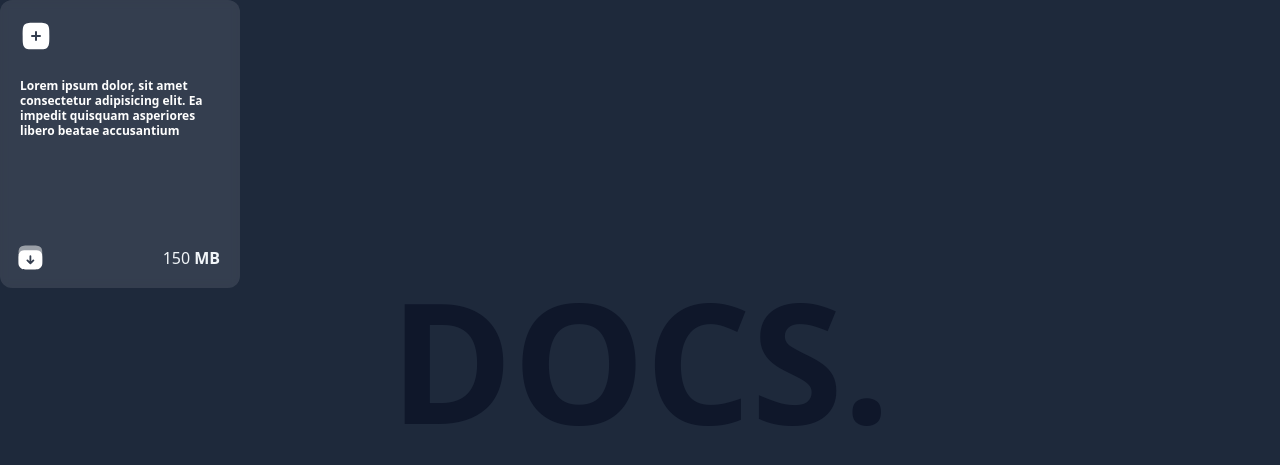
Repository: aliakbarmotallebi/framer-react
Page: /
These files come from the project's save history. The page is drawn as it stood at one moment and after the next save; the edit follows.
The browser window is 1280 px wide. The pictures show the whole page.
The project was rebuilt for these pictures with package versions that can differ from the ones it lists, and the page was loaded fresh each time.

Above is the page before, as saved 2024-08-14 22:48:01.

### src/App.js
import React from "react";
import Background from "./components/Background";
import Card from "./components/Card";

function App() {
  return (
    <div className="relative h-screen w-full bg-slate-800">
      <Background />
      <div className="fixed left-0 top-0 z-[3] h-full w-full">
        <Card />
      </div>
    </div>
  );
}

export default App;

### src/components/Background.jsx
import React from "react";

function Background() {
    return <h1 className="absolute left-1/2 top-1/2 -translate-x-[50%] -translate-y-[50%] text-[13vw] font-semibold text-slate-900">
    DOCS.
  </h1>
}

export default Background;

### src/components/Card.jsx
import React, { Component } from 'react';
import { motion } from "framer-motion";

class Card extends Component {
    render() {
        return (
            <motion.div drag className="w-60 h-72 rounded-xl bg-white/10 backdrop-blur-sm p-5 text-white relative overflow-hidden">
                <button>
                <svg xmlns="http://www.w3.org/2000/svg" className="w-8 h-8" viewBox="0 0 24 24"><path fill="currentColor" fill-rule="evenodd" d="M12 22c-4.714 0-7.071 0-8.536-1.465C2 19.072 2 16.714 2 12s0-7.071 1.464-8.536C4.93 2 7.286 2 12 2s7.071 0 8.535 1.464C22 4.93 22 7.286 22 12s0 7.071-1.465 8.535C19.072 22 16.714 22 12 22m0-13.75a.75.75 0 0 1 .75.75v2.25H15a.75.75 0 0 1 0 1.5h-2.25V15a.75.75 0 0 1-1.5 0v-2.25H9a.75.75 0 0 1 0-1.5h2.25V9a.75.75 0 0 1 .75-.75" clip-rule="evenodd"/></svg>
                </button>
                <p className="text-xs leading-tight mt-5 font-semibold">
                    Lorem ipsum dolor, sit amet consectetur adipisicing elit. Ea impedit quisquam asperiores libero beatae accusantium
                </p>
                <div className="footer absolute bottom-0 w-full py-2 left-0">
                    <button className="text-white p-2 font-medium w-full">
                        <div className="flex justify-between items-center w-full px-2">
                        <svg xmlns="http://www.w3.org/2000/svg" width="1.8em" height="1.8em" className="fill-current" viewBox="0 0 24 24"><path fill="currentColor" d="M12 2c4.713 0 7.07 0 8.535 1.464c.757.758 1.123 1.754 1.3 3.192V10H2.164V6.656c.176-1.438.541-2.434 1.299-3.192C4.928 2 7.285 2 11.999 2" opacity="0.5"/><path fill="currentColor" fill-rule="evenodd" d="M2 14c0-2.8 0-4.2.545-5.27A5 5 0 0 1 4.73 6.545C5.8 6 7.2 6 10 6h4c2.8 0 4.2 0 5.27.545a5 5 0 0 1 2.185 2.185C22 9.8 22 11.2 22 14s0 4.2-.545 5.27a5 5 0 0 1-2.185 2.185C18.2 22 16.8 22 14 22h-4c-2.8 0-4.2 0-5.27-.545a5 5 0 0 1-2.185-2.185C2 18.2 2 16.8 2 14m10.75-3a.75.75 0 0 0-1.5 0v4.19l-1.22-1.22a.75.75 0 1 0-1.06 1.06l2.5 2.5a.75.75 0 0 0 1.06 0l2.5-2.5a.75.75 0 1 0-1.06-1.06l-1.22 1.22z" clip-rule="evenodd"/></svg>
                            <h5 className="text-slate-100 ml-auto">
                                150
                                <span className="font-bold px-1">
                                    MB
                                </span>
                            </h5>
                        </div>
                    </button>
                </div>
            </motion.div>
        );
    }
}

export default Card;

Loaded but not shown: public/index.html (common file); src/index.js (common file); src/index.css (common file); tailwind.config.js (common file)

After the next save:
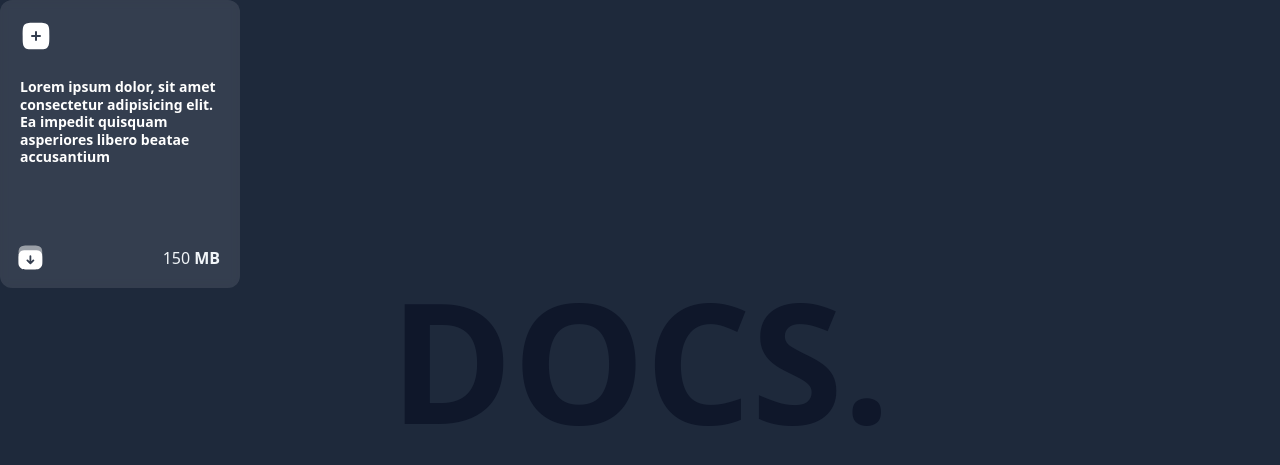
Saved 10 s later.
--- a/src/components/Card.jsx
+++ b/src/components/Card.jsx
@@ -8,7 +8,7 @@ class Card extends Component {
                 <button>
                 <svg xmlns="http://www.w3.org/2000/svg" className="w-8 h-8" viewBox="0 0 24 24"><path fill="currentColor" fill-rule="evenodd" d="M12 22c-4.714 0-7.071 0-8.536-1.465C2 19.072 2 16.714 2 12s0-7.071 1.464-8.536C4.93 2 7.286 2 12 2s7.071 0 8.535 1.464C22 4.93 22 7.286 22 12s0 7.071-1.465 8.535C19.072 22 16.714 22 12 22m0-13.75a.75.75 0 0 1 .75.75v2.25H15a.75.75 0 0 1 0 1.5h-2.25V15a.75.75 0 0 1-1.5 0v-2.25H9a.75.75 0 0 1 0-1.5h2.25V9a.75.75 0 0 1 .75-.75" clip-rule="evenodd"/></svg>
                 </button>
-                <p className="text-xs leading-tight mt-5 font-semibold">
+                <p className="text-sm leading-tight mt-5 font-semibold">
                     Lorem ipsum dolor, sit amet consectetur adipisicing elit. Ea impedit quisquam asperiores libero beatae accusantium
                 </p>
                 <div className="footer absolute bottom-0 w-full py-2 left-0">
